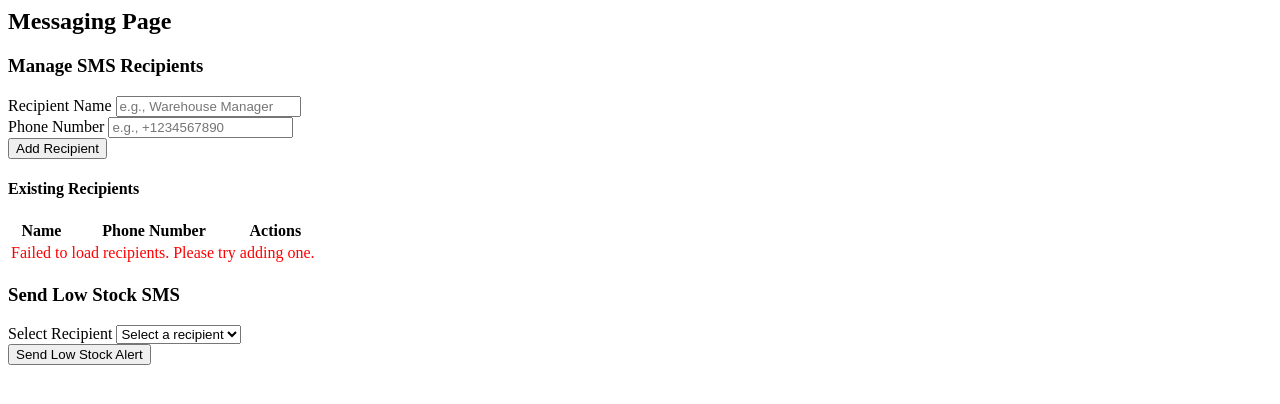
Repository: AdrianLeAsian/InventorySystem
Page: http://localhost/pages/messaging.php
These files come from the project's save history. The page is drawn as it stood at one moment and after the next save; the edit follows.
The browser window is 1280 px wide. The pictures show the whole page.
The page is run by PHP 8.4 with error messages shown; the project is at /var/www/html/.

Above is the page before, as saved 2025-07-16 12:01:23.

After the next save:
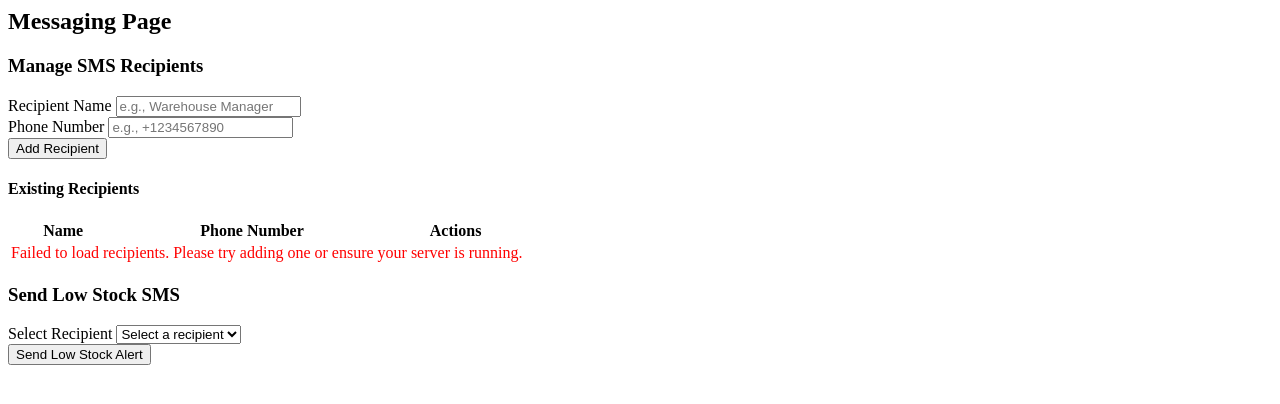
Saved 39 s later.
--- a/js/messaging.js
+++ b/js/messaging.js
@@ -134,7 +134,7 @@ document.addEventListener('DOMContentLoaded', function() {
             })
             .catch(error => {
                 console.error('Error loading recipients:', error);
-                recipientsTableBody.innerHTML = '<tr><td colspan="3" style="color: red;">Failed to load recipients. Please try adding one.</td></tr>';
+                recipientsTableBody.innerHTML = '<tr><td colspan="3" style="color: red;">Failed to load recipients. Please try adding one or ensure your server is running.</td></tr>';
             });
     }
 
